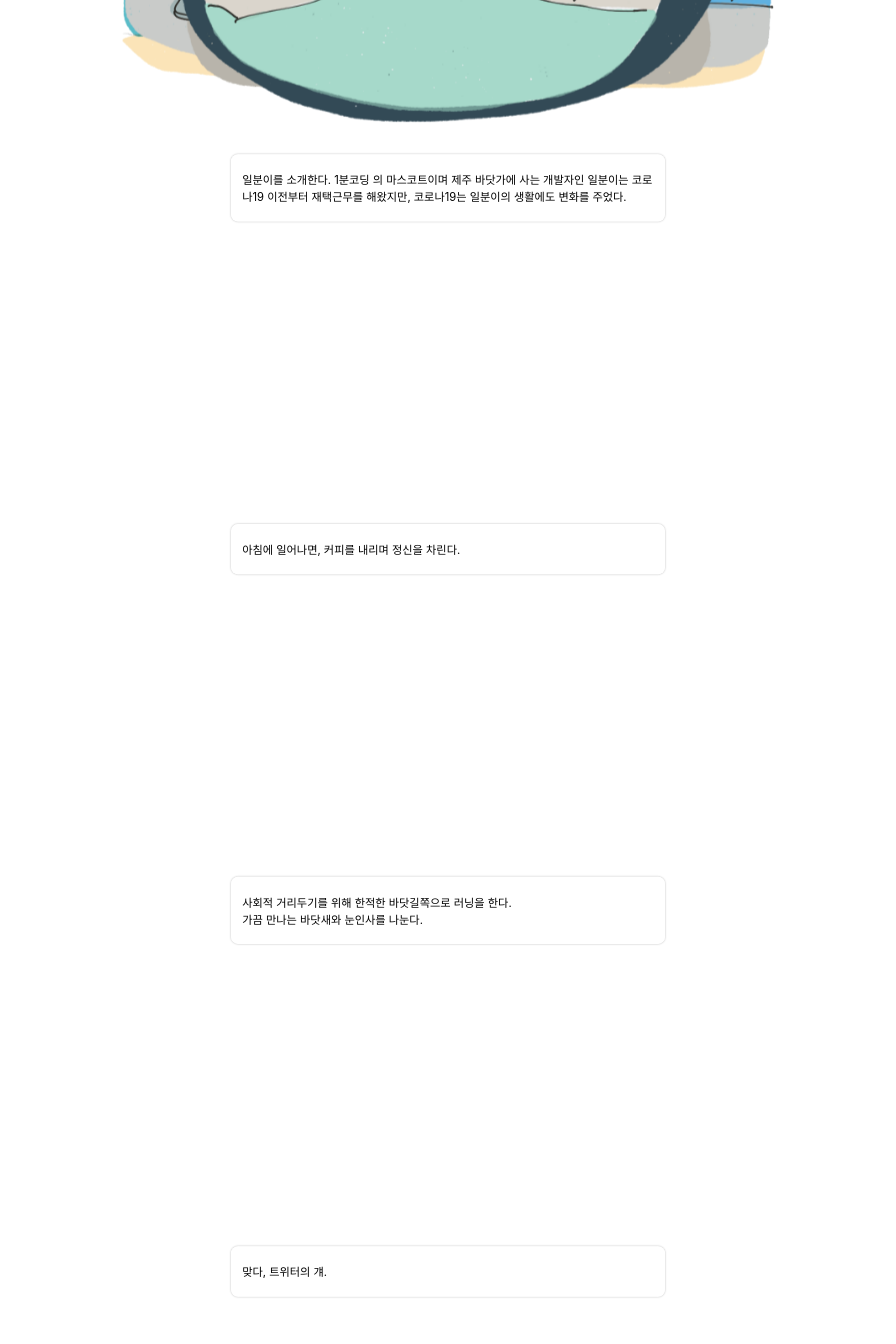
Repository: westone034626/ReactPractice
Page: /
These files come from the project's save history. The page is drawn as it stood at one moment and after the next save; the edit follows.
The browser window is 1280 px wide. The pictures show the part of the page from y = 748 to 2668 px (the page is 6606 px tall before and 6674 px after), at 70% of full size.
The project was rebuilt for these pictures with package versions that can differ from the ones it lists, and the page was loaded fresh each time. Also part of the build but not shown: src/App.css.

Above is the page before, as saved 2021-10-31 23:41:38.

After the next save:
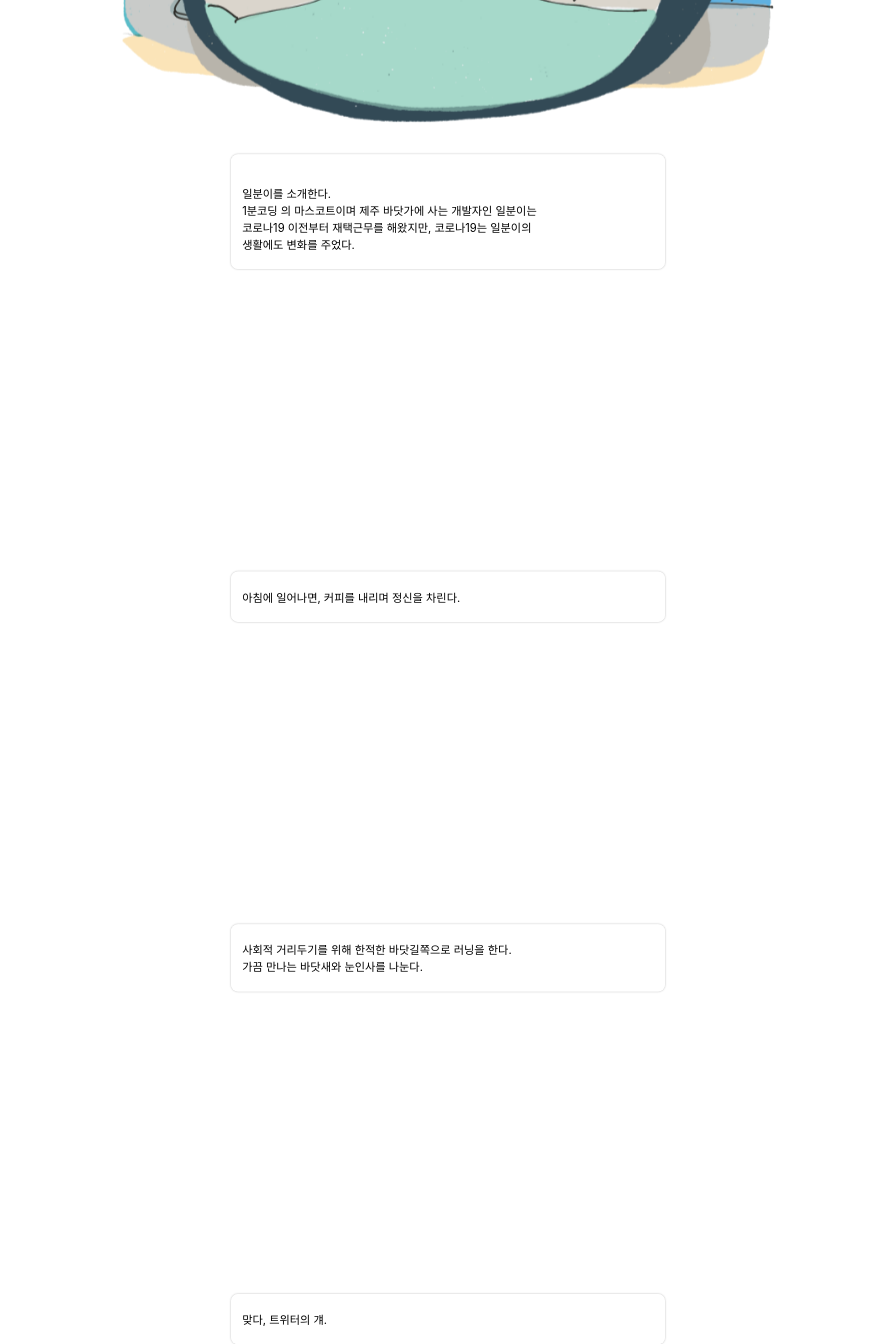
Saved 52 s later.
--- a/src/App.js
+++ b/src/App.js
@@ -63,7 +63,7 @@ function App() {
         </div>
         <div className={`${styles.scrollText} ${styles.globalWidth}`}>
           <div className={styles.step}>
-            <p>
+            <p style={{ whiteSpace: 'pre-line' }}>
               {`
               일분이를 소개한다.
               1분코딩 의 마스코트이며 제주 바닷가에 사는 개발자인 일분이는
